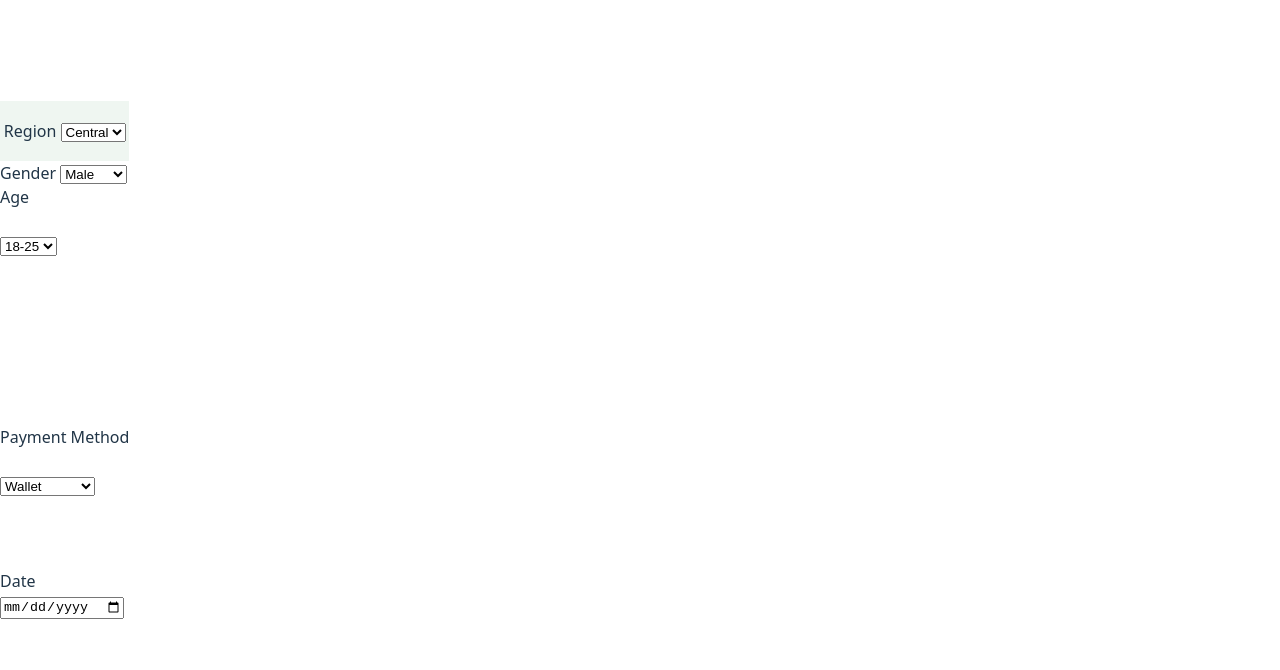
Repository: SandeepYadav18717/TruEstae
Page: / (app in TruEstae/)
An editor plug-in stored every save of this project. The page is shown before and after a run of saves, followed by the edit.
The browser window is 1280 px wide. The pictures show the whole page.
The project was rebuilt for these pictures with package versions that can differ from the ones it lists, and the page was loaded fresh each time. Also part of the build but not shown: TruEstae/vite.config.js, TruEstae/src/App.css, TruEstae/src/Styles/Logo.css, TruEstae/src/Pages/Logo.jsx, TruEstae/src/Styles/search_bar.css, TruEstae/src/components/search_bar.jsx.

Above is the page before, as saved 2025-12-07 00:34:45.

After the next 5 saves:
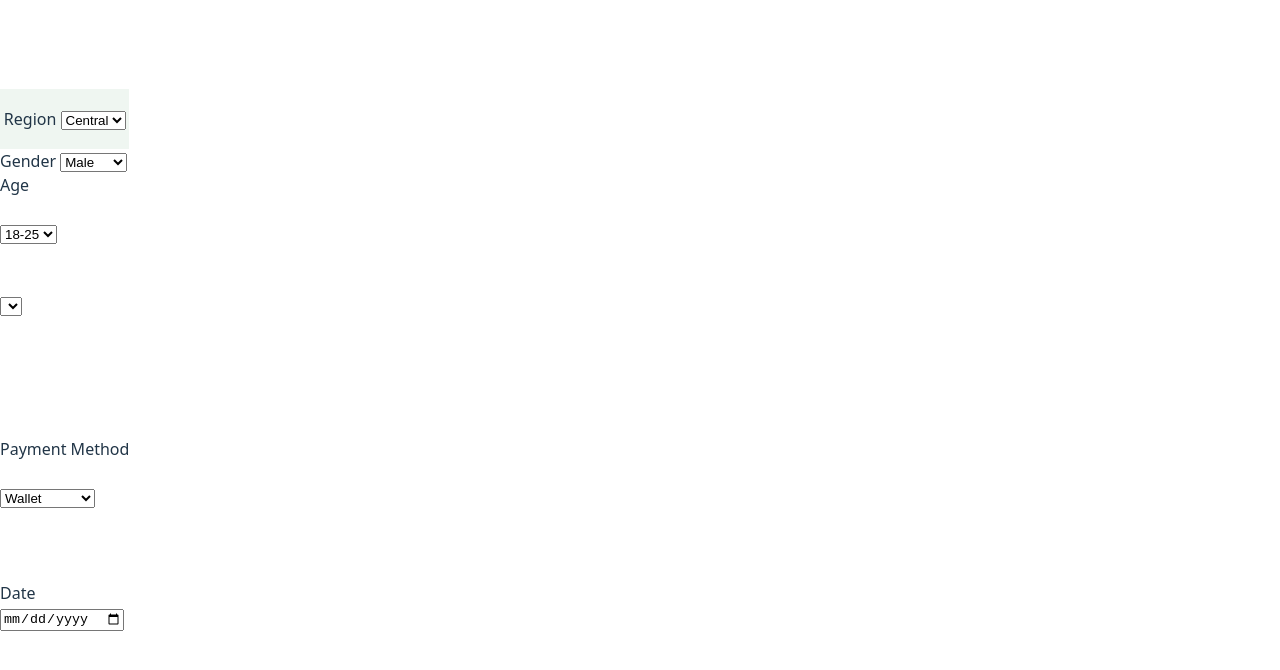
The 5 saves are shown as one change because they came seconds apart.
The last was saved 31 s later.
--- a/TruEstae/src/Pages/Home.jsx
+++ b/TruEstae/src/Pages/Home.jsx
@@ -43,7 +43,7 @@ function Home() {
         </div>
         <br></br><br/>
         <div id ="Product_Category">
-
+            <select><option></option></select>
         </div>
         <br></br><br/>
         <div id ="Tags"></div>
